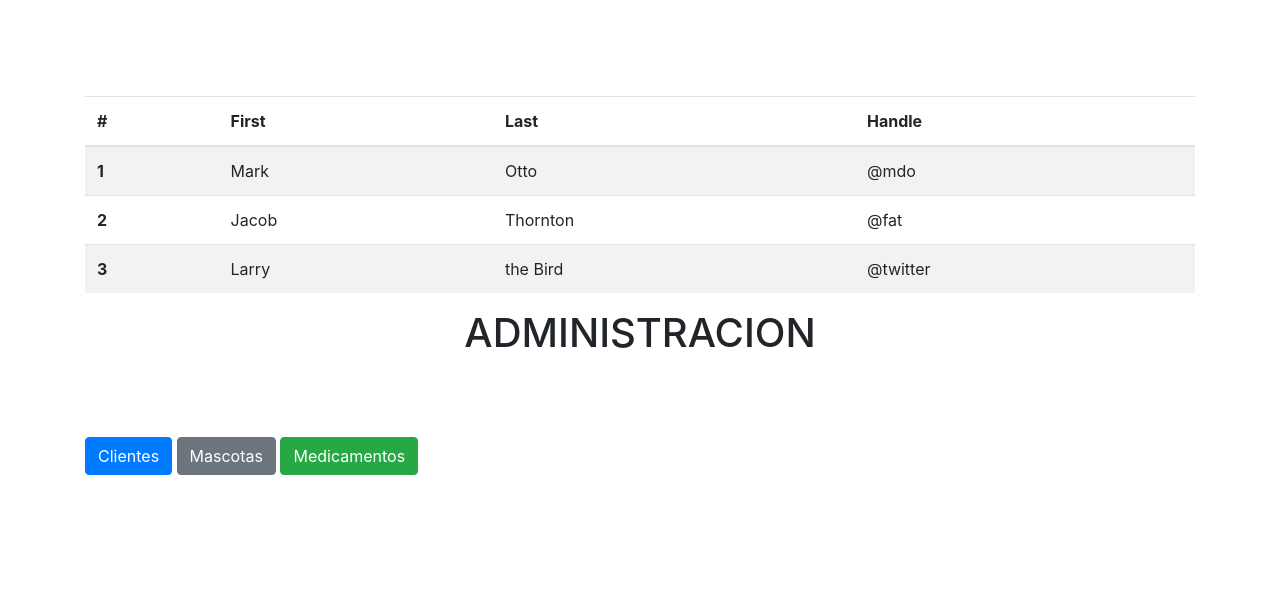
Repository: Sirkikes/aleja
Page: http://localhost/index
These files come from the project's save history. The page is drawn as it stood at one moment and after the next save; the edit follows.
The browser window is 1280 px wide. The pictures show the whole page.
The page is this project's Thymeleaf template; nobody is signed in. The template is opened directly, without the code that normally fills it, so the values that code supplies are empty.

Above is the page before, as saved 2020-04-12 13:45:23.

### trabajoRest/src/main/resources/templates/index.html
<!DOCTYPE html>
<html xmlns="th=http://www.thymeleaf.org">
<head>
<meta charset="UTF-8">
<title>ADMINISTRACION</title>

<!-- Bootstrap CSS -->
<link rel="stylesheet"
	href="https://stackpath.bootstrapcdn.com/bootstrap/4.4.1/css/bootstrap.min.css"
	integrity="sha384-Vkoo8x4CGsO3+Hhxv8T/Q5PaXtkKtu6ug5TOeNV6gBiFeWPGFN9MuhOf23Q9Ifjh"
	crossorigin="anonymous">
</head>
<body>
	<div class="container">
		<br> <br> <br> <br>
		<table class="table table-striped">
			<thead>
				<tr>
					<th scope="col">#</th>
					<th scope="col">First</th>
					<th scope="col">Last</th>
					<th scope="col">Handle</th>
				</tr>
			</thead>
			<tbody>
				<tr>
					<th scope="row">1</th>
					<td>Mark</td>
					<td>Otto</td>
					<td>@mdo</td>
				</tr>
				<tr>
					<th scope="row">2</th>
					<td>Jacob</td>
					<td>Thornton</td>
					<td>@fat</td>
				</tr>
				<tr>
					<th scope="row">3</th>
					<td>Larry</td>
					<td>the Bird</td>
					<td>@twitter</td>
				</tr>
			</tbody>
		</table>

		<div>
			<h1 align="center">ADMINISTRACION</h1>
			<br>
			<br>
			<br>
			<button type="button" class="btn btn-primary">Clientes</button>
			<button type="button" class="btn btn-secondary">Mascotas</button>
			<button type="button" class="btn btn-success">Medicamentos</button>
		</div>
	</div>

</body>
</html>

After the next save:
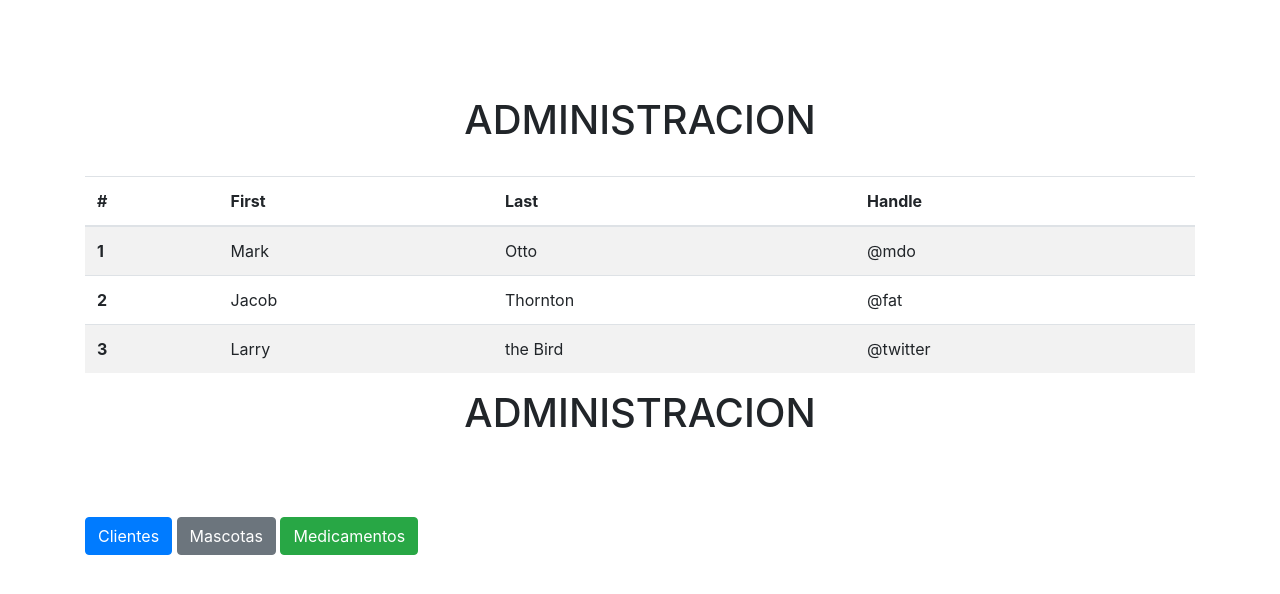
Saved 35 s later.
--- a/trabajoRest/src/main/resources/templates/index.html
+++ b/trabajoRest/src/main/resources/templates/index.html
@@ -13,6 +13,8 @@
 <body>
 	<div class="container">
 		<br> <br> <br> <br>
+		<h1 align="center">ADMINISTRACION</h1>
+		<br>
 		<table class="table table-striped">
 			<thead>
 				<tr>
